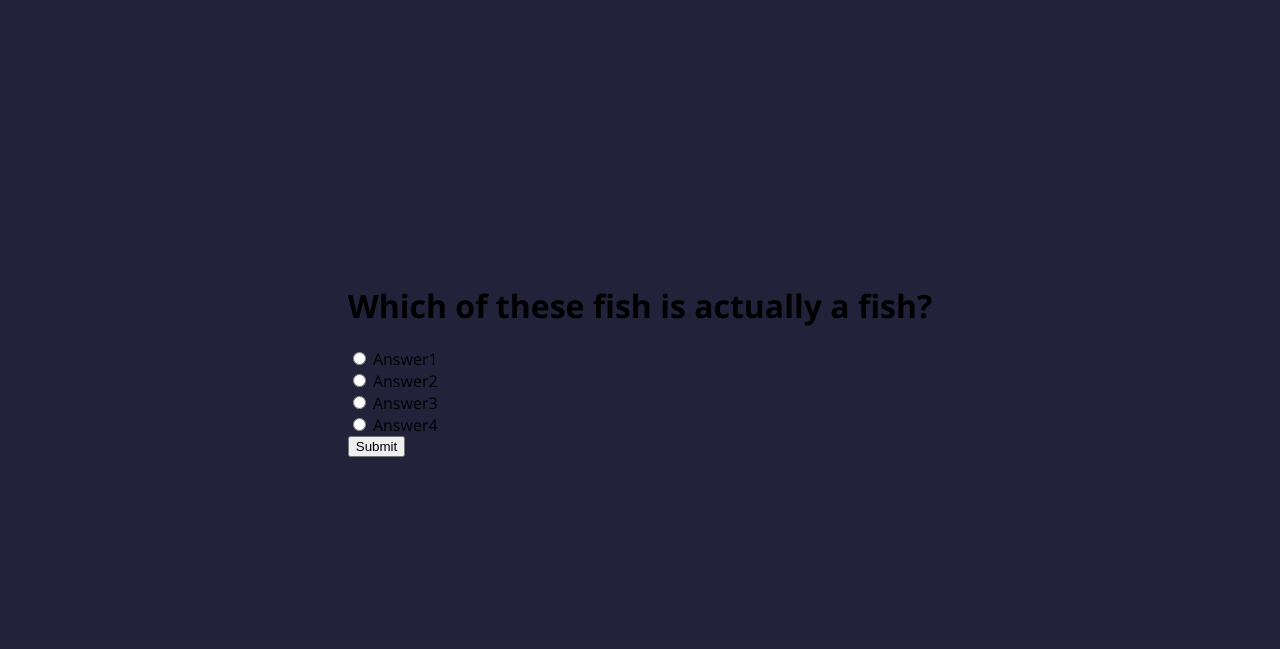
Repository: Wanglongzhi2001/Learn-javascript
Page: quiz/quiz.html
These files come from the project's save history. The page is drawn as it stood at one moment and after the next save; the edit follows.
The browser window is 1280 px wide. The pictures show the whole page.

Above is the page before, as saved 2023-02-02 17:59:19.

### quiz/quiz.html
<html lang="en">
<head>
    <meta charset="UTF-8">
    <meta http-equiv="X-UA-Compatible" content="IE=edge">
    <meta name="viewport" content="width=device-width, initial-scale=1.0">
    <!-- 使用谷歌字体 -->
    <link
      href="https://fonts.googleapis.com/css2?family=Open+Sans:wght@300;400;500;600;700;800&display=swap"
      rel="stylesheet"
    />
    <link rel="stylesheet" href="./quiz.css">
    <title>quiz project</title>
</head>
<body>
    <div class="container">
        <div class="game">
            <div class="content">
                <h1 class="question">Which of these fish is actually a fish?</h1>
                <div class="ansers">
                    <div class="anser">
                        <input type="radio" id="answer1" value="false">
                        <label for="answer1">Answer1</label>
                    </div>
                </div>
                <div class="ansers">
                    <div class="anser">
                        <input type="radio" id="answer2" value="false">
                        <label for="answer2">Answer2</label>
                    </div>
                </div>
                <div class="ansers">
                    <div class="anser">
                        <input type="radio" id="answer3" value="false">
                        <label for="answer3">Answer3</label>
                    </div>
                </div>
                <div class="ansers">
                    <div class="anser">
                        <input type="radio" id="answer4" value="false">
                        <label for="answer4">Answer4</label>
                    </div>
                </div>
            </div>
            <button class="submit">Submit</button>
        </div>
        <div class="result">
            <h1>Congratulations</h1>
            <h3 class="correct">Correct Answers: 0</h3>
            <h3 class="wrong">Wrong Answers: 0</h3>
            <h2 class="score">Score: -30</h2>
            <button class="play">Play Again</button>
        </div>
    </div>
    <script src="./quiz.js"></script>
</body>
</html>

### quiz/quiz.css
body{
    background-color: #22223b;
    display: flex;
    align-items: center;
    justify-content: center;
    font-family: 'Open Sans', sans-serif;
}

.result{
    display: none;
}

Loaded but not shown: quiz/quiz.js (no stored copy; drawn as an empty file)

After the next save:
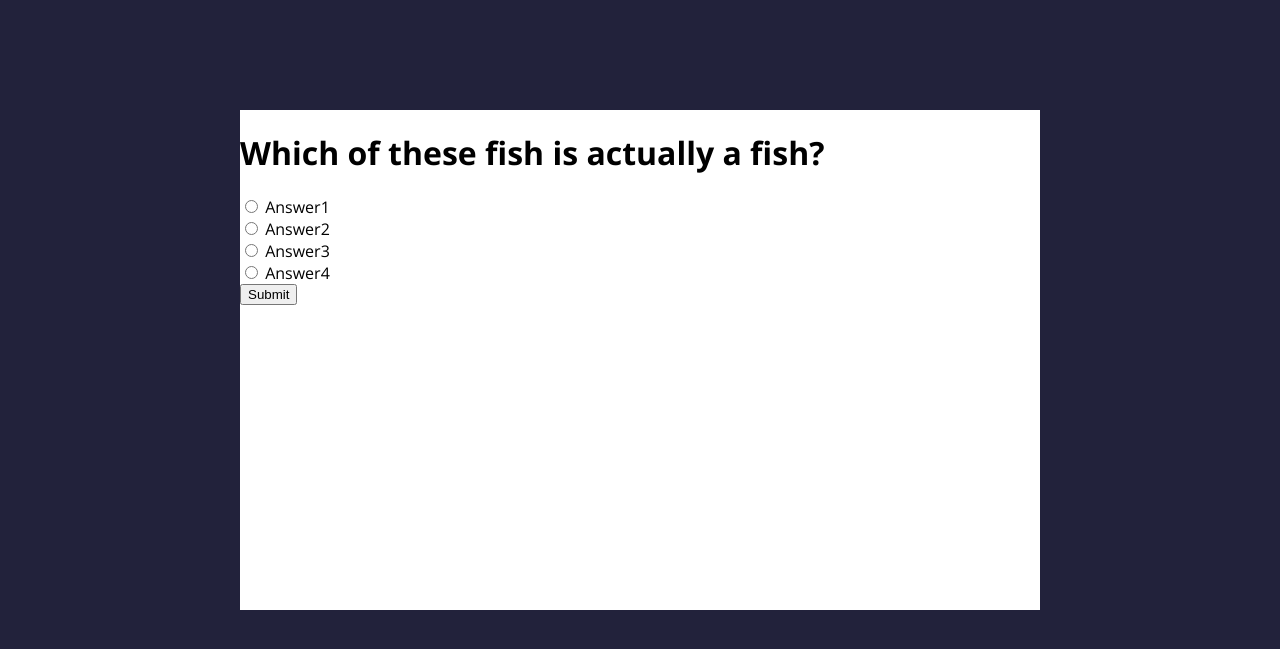
Saved 52 s later.
--- a/quiz/quiz.css
+++ b/quiz/quiz.css
@@ -6,6 +6,10 @@ body{
     font-family: 'Open Sans', sans-serif;
 }
 
+.container{
+    width: 800px;height: 500px;
+    background-color: white;
+}
 .result{
     display: none;
 }
